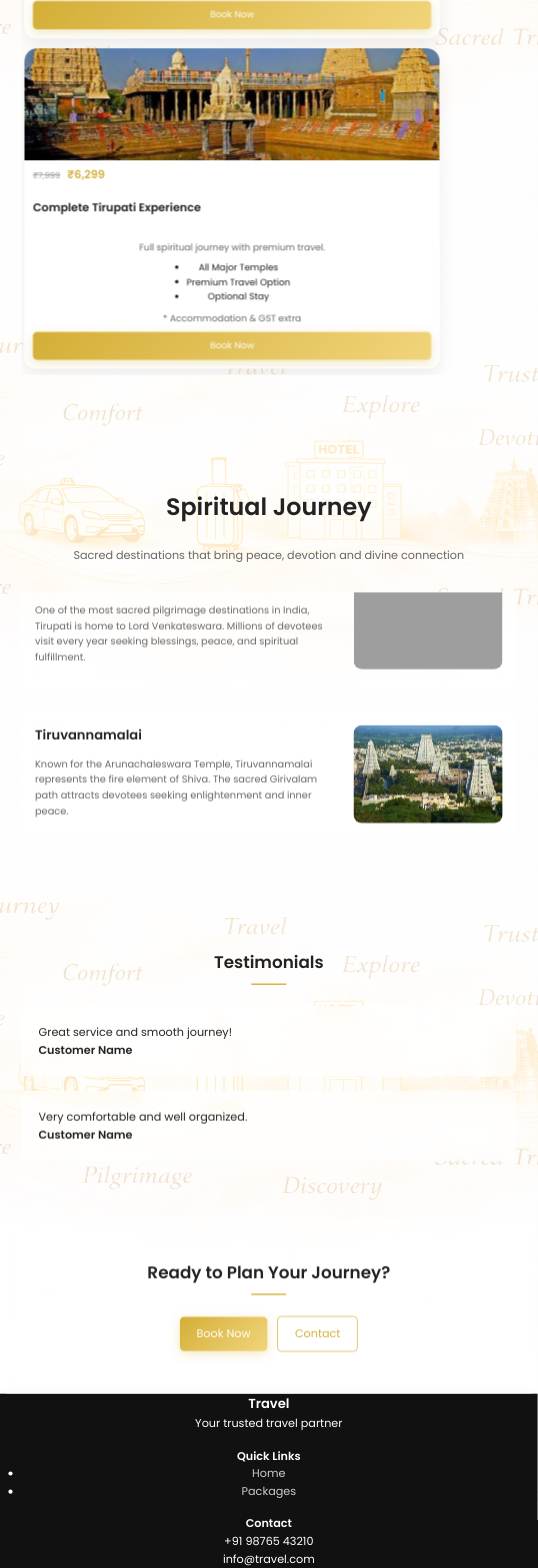
Repository: heytirupati/Bookingweb
Page: index.html
These files come from the project's save history. The page is drawn as it stood at one moment and after a run of saves; the edit follows.
The browser window is 768 px wide. The pictures show the part of the page from y = 2910 to 5150 px (the page is 5150 px tall before and 5080 px after), at 70% of full size.
Pictures or frames that could not be fetched are drawn as grey boxes. Backgrounds fixed to the window are drawn as part of the page.

Above is the page before, as saved 2026-03-28 12:43:59.

After the next 5 saves:
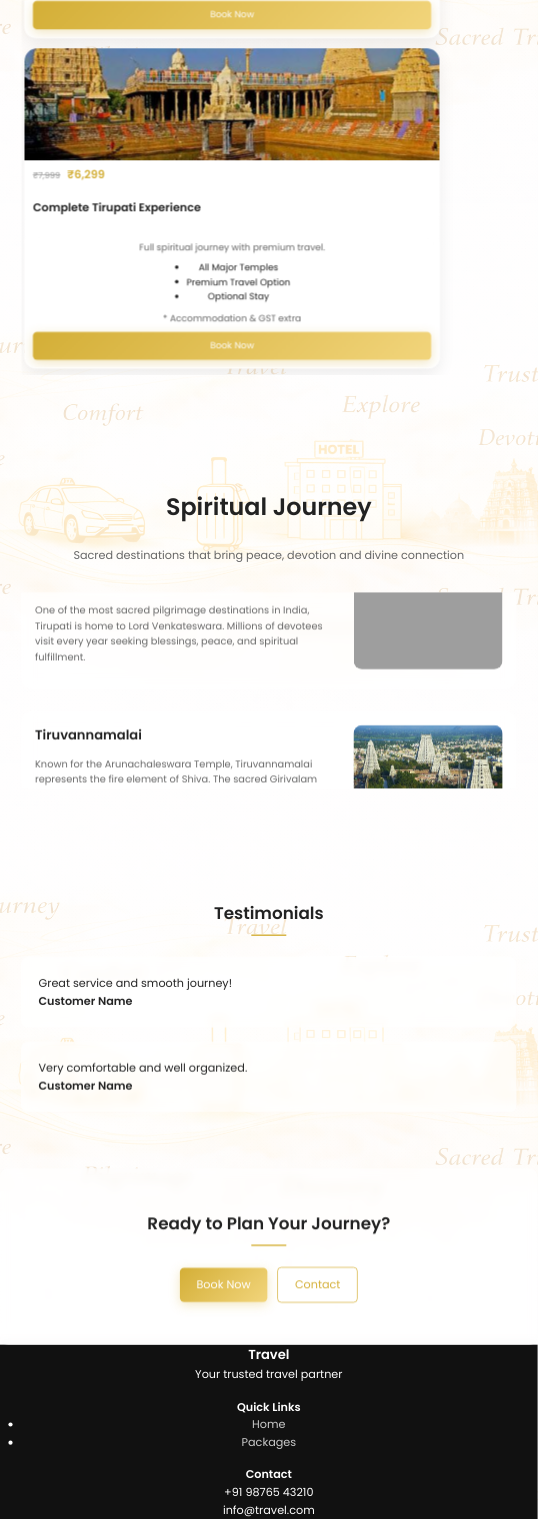
The 5 saves are shown as one change because they came seconds apart.
The last was saved 3 min 47 s later.
--- a/css/style.css
+++ b/css/style.css
@@ -991,7 +991,7 @@ service-card {
 
 /* WRAPPER (HIDDEN SCROLL) */
 .spiritual-wrapper {
-    height: 350px;
+    height: 280px;
     overflow: hidden;
     position: relative;
 }
